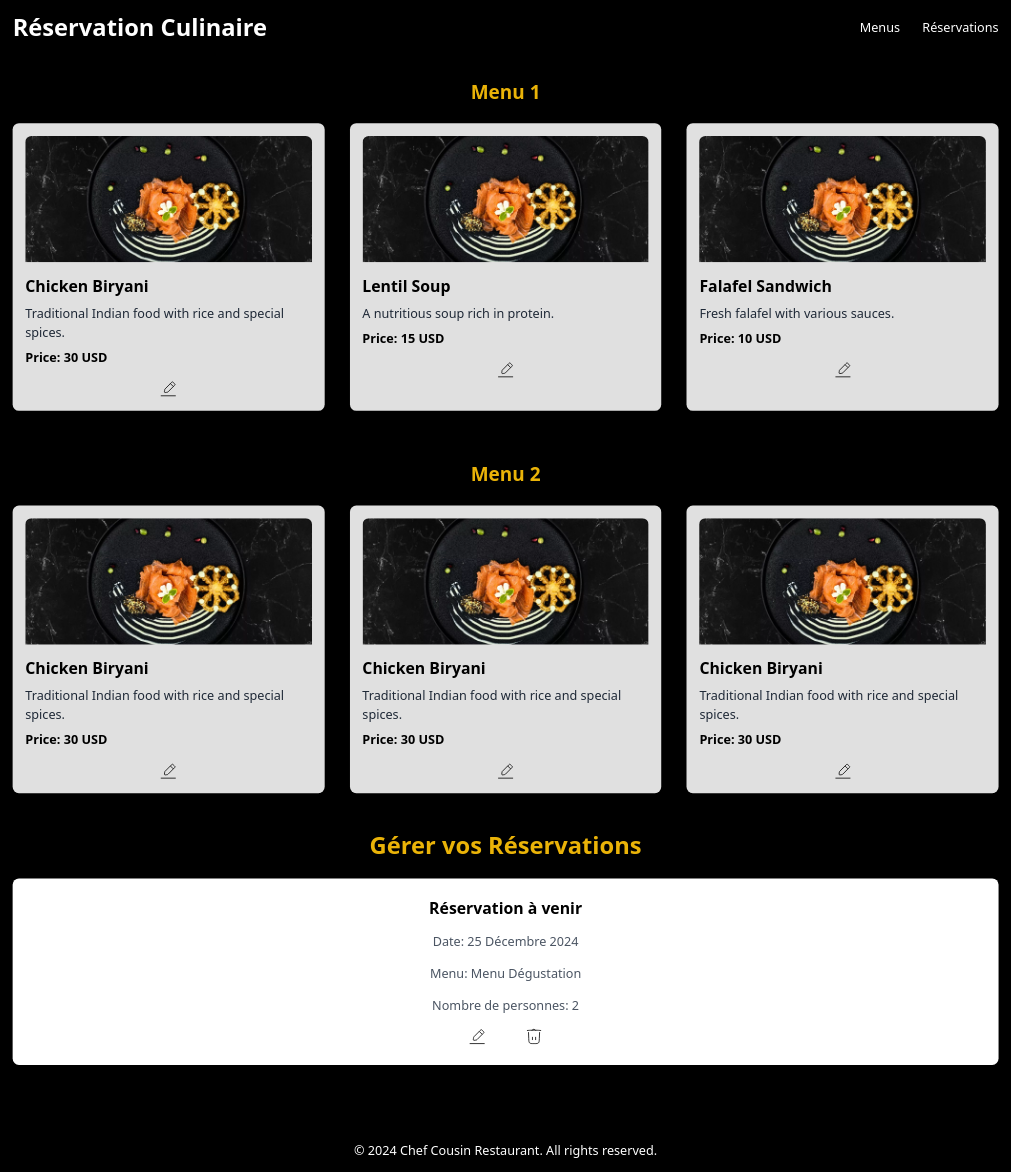
Repository: HamzaChehlaoui/Site-Web-pour-un-Chef-Cuisinier
Page: http://localhost/menuutil.php
An editor plug-in stored every save of this project. The page is shown before and after a run of saves, followed by the edit.
The browser window is 1280 px wide. The pictures show the whole page, at 79% of full size.
Some web libraries are served in a nearby version. The page is run by PHP 8.4 with error messages shown; the project is at /var/www/html/.

Above is the page before, as saved 2024-12-18 17:06:54.

After the next 3 saves:
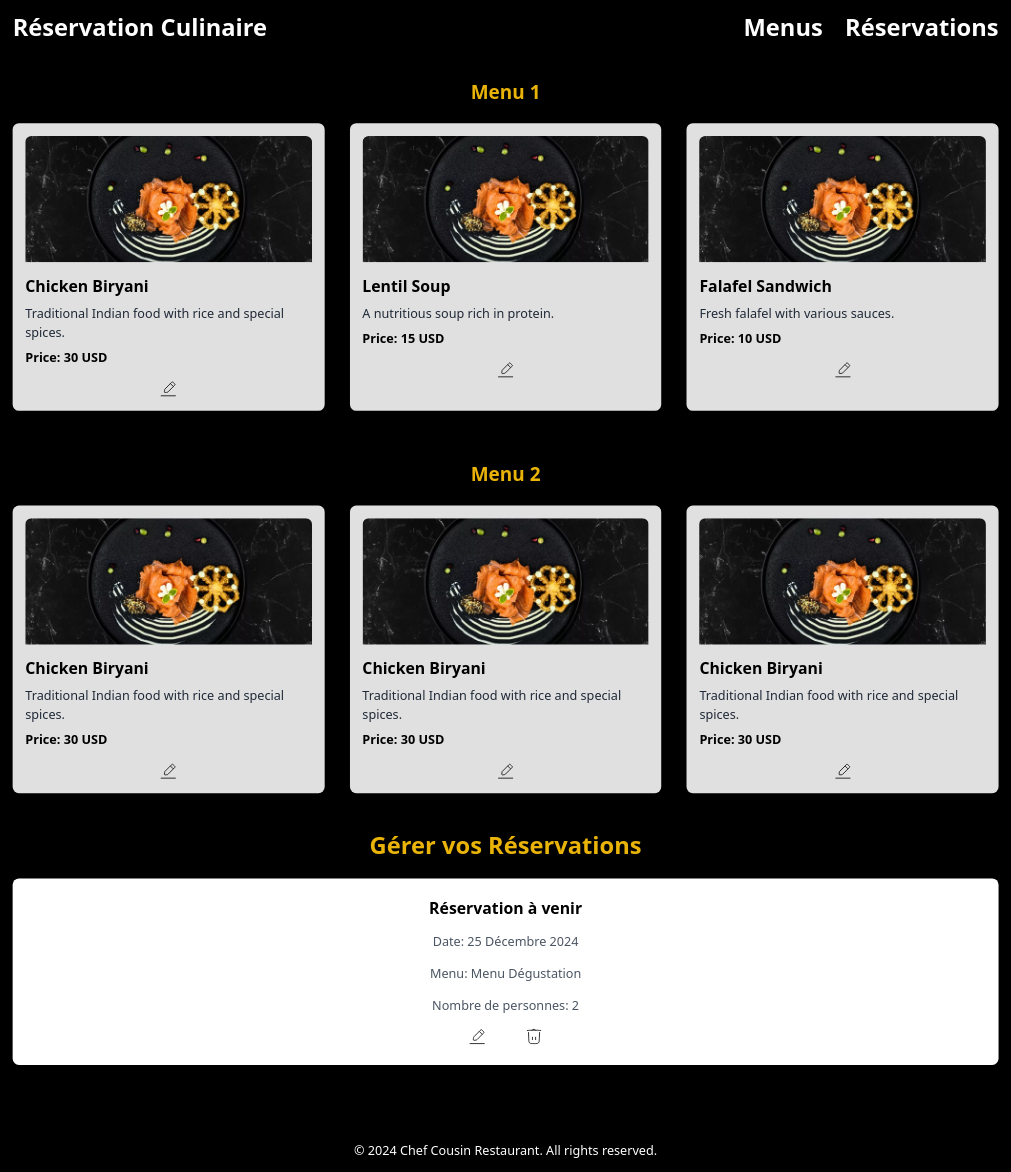
The 3 saves are shown as one change because they came seconds apart.
The last was saved 11 s later.
--- a/menuutil.php
+++ b/menuutil.php
@@ -12,8 +12,8 @@
         <div class="max-w-7xl mx-auto flex justify-between items-center">
             <h1 class="text-3xl font-bold ">Réservation Culinaire</h1>
             <nav class="space-x-6">
-                <a href="#menus" class="hover:text-gray-300">Menus</a>
-                <a href="#reservations" class="hover:text-gray-300">Réservations</a>
+                <a href="#menus" class="hover:text-gray-300 text-3xl font-bold">Menus</a>
+                <a href="#reservations" class="hover:text-gray-300 text-3xl font-bold">Réservations</a>
             </nav>
         </div>
     </header>
